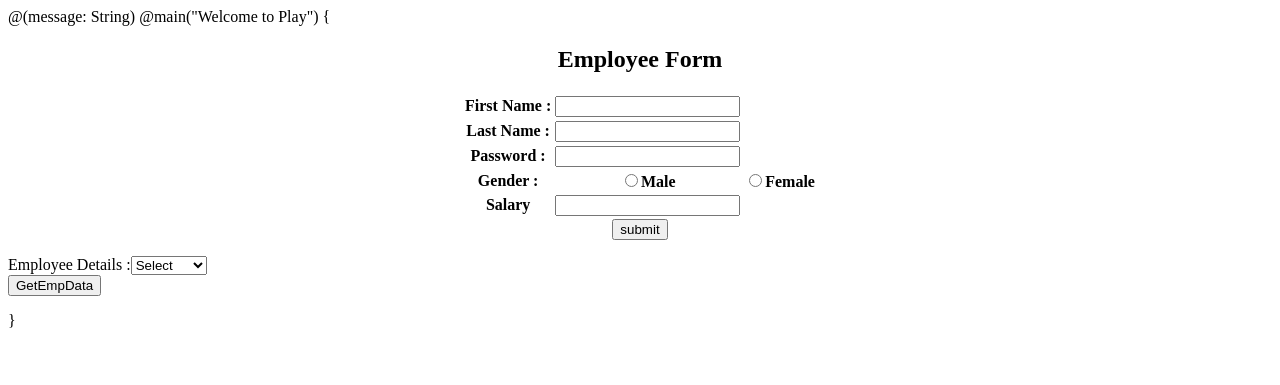
Repository: PoonamDeokar/SalesTool
Page: CrudDemo/app/views/index.scala.html
These files come from the project's save history. The page is drawn as it stood at one moment and after the next save; the edit follows.
The browser window is 1280 px wide. The pictures show the whole page.

Above is the page before, as saved 2016-09-15 11:18:22.

### CrudDemo/app/views/index.scala.html

@(message: String)

@main("Welcome to Play") {


  	<form action ="@routes.HomeController.addEmp" method="post">

    	<center>
    	<h2>Employee Form </h2>
    	<table>
    	<tr>
    		<th>First Name :</th>
    		<th><input type="text" name="fname"></th>
    	</tr>
    	<tr>
    		<th>Last Name :</th>
    		<th><input type="text" name="lname"></th>
    	</tr>
    	<tr>
    		<th>Password :</th>
    		<th><input type="password" name="pass"></th>
    	</tr>
    	<tr>
    		<th>Gender :</th>
    		<th><input type="radio" name="gen" value="male">Male<br></th>
    		<th><input type="radio" name="gen" value="fmale">Female<br></th>
    	</tr>
    	<tr>
    		<th>Salary</th>
    		<th><input type="text" name="sal"></th>
    	</tr>

    	 </table>
    	 <input type="submit"  value="submit"/>
    	</center>
    </form>

    <form action="@routes.HomeController.getEmp()" method="get">
    Employee Details :<select name="eid">
    <option value="0">Select</option>
    @for(emp<-Employee.find.all()){

 	 	<option value="@emp.id">@emp.id</option>
    }
    </select><br>
    <input type="submit" value="GetEmpData"/>
    </form>


}

After the next save:
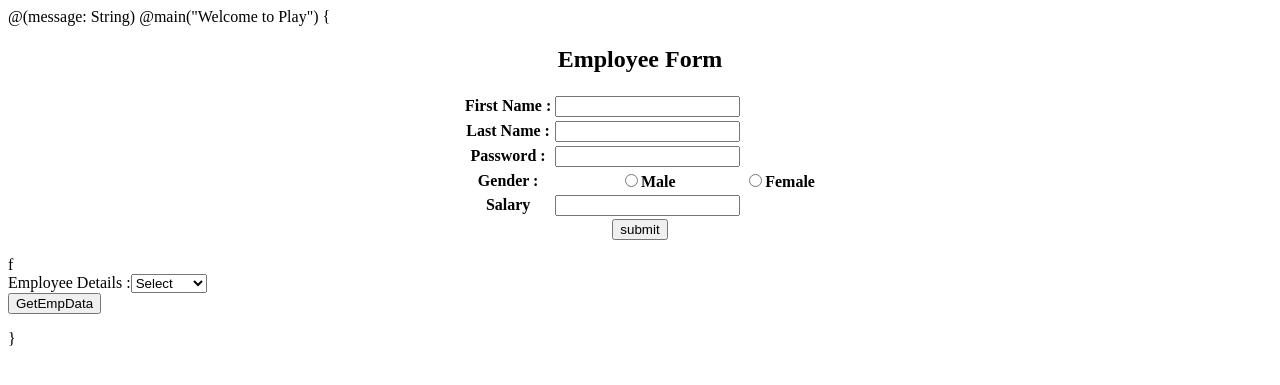
Saved 6 min 38 s later.
--- a/CrudDemo/app/views/index.scala.html
+++ b/CrudDemo/app/views/index.scala.html
@@ -34,9 +34,9 @@
     	 </table>
     	 <input type="submit"  value="submit"/>
     	</center>
-    </form>
+    </form>f
 
-    <form action="@routes.HomeController.getEmp()" method="get">
+    <form action="@routes.HomeController.getEmp" method="get">
     Employee Details :<select name="eid">
     <option value="0">Select</option>
     @for(emp<-Employee.find.all()){
